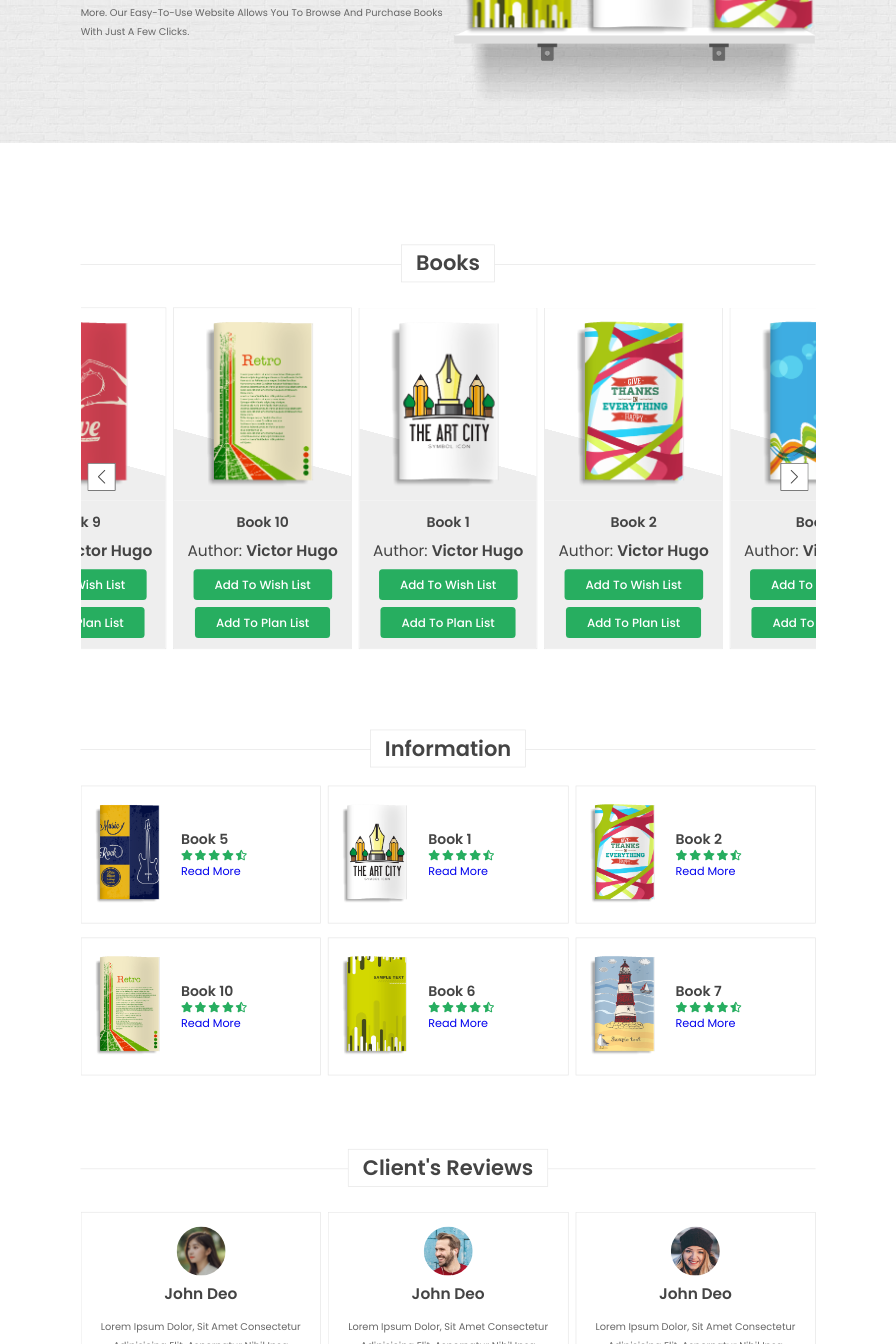
Repository: souhailaniba/Bookly
Page: public/assets/books webstie/index2.html
An editor plug-in stored every save of this project. The page is shown before and after the next save, followed by the edit.
The browser window is 1280 px wide. The pictures show the part of the page from y = 395 to 2315 px (the page is 2977 px tall before and 2877 px after), at 70% of full size.

Above is the page before, as saved 2023-01-27 16:43:46.

### public/assets/books webstie/index2.html
<!DOCTYPE html>
<html lang="en">
<head>
    <meta charset="UTF-8">
    <meta http-equiv="X-UA-Compatible" content="IE=edge">
    <meta name="viewport" content="width=device-width, initial-scale=1.0">
    <title>Book Website</title>

    <link rel="stylesheet" href="https://unpkg.com/swiper@7/swiper-bundle.min.css" />

    <!-- font awesome cdn link  -->
    <link rel="stylesheet" href="https://cdnjs.cloudflare.com/ajax/libs/font-awesome/5.15.4/css/all.min.css">

    <!-- custom css file link  -->
    <link rel="stylesheet" href="css/style.css">

</head>
<body>

<!-- header section starts  -->

<header class="header">

    <div class="header-1">

        <a href="#" class="logo"> <i class="fas fa-book"></i> Bookly </a>

        <form action="" class="search-form">
            <input type="search" name="" placeholder="Search here..." id="search-box">
            <label for="search-box" class="fas fa-search"></label>
        </form>

        <div class="icons">
            <div id="search-btn" class="fas fa-search"></div>
            <div id="login-btn" class="fas fa-user"><a href="./profile.html"  style="font-size:x-large;font-family: 'Times New Roman', Times, serif;">Profil</a></div>
            <div id="login-btn" class="fas "><a href="./Login.html"  style="font-size:x-large;font-family: 'Times New Roman', Times, serif;">Deconnexion</a></div>

        </div>

    </div>

    <div class="header-2">
        <nav class="navbar">
            <a href="#home">Home</a>
            <a href="#featured">Books</a>
            <a href="#arrivals">Information</a>
            <a href="#reviews">Client's Reviews</a>
        </nav>
    </div>

</header>

<!-- header section ends -->

<!-- bottom navbar  -->

<nav class="bottom-navbar">
    <a href="#home" class="fas fa-home"></a>
    <a href="#featured" class="fas fa-list"></a>
    <a href="#arrivals" class="fas fa-tags"></a>
    <a href="#reviews" class="fas fa-comments"></a>
    <a href="#blogs" class="fas fa-blog"></a>
</nav>

<!-- home section starts  -->

<section class="home" id="home">

    <div class="row">

        <div class="content">
            <h3>Welcome</h3>
            <p>To our book website! Here you will find a wide selection of books in various genres including fiction, non-fiction, mystery, romance, and more. Our easy-to-use website allows you to browse and purchase books with just a few clicks.</p>
        </div>

        <div class="swiper books-slider">
            <div class="swiper-wrapper">
                <a href="#" class="swiper-slide"><img src="image/book-1.png" alt=""></a>
                <a href="#" class="swiper-slide"><img src="image/book-2.png" alt=""></a>
                <a href="#" class="swiper-slide"><img src="image/book-3.png" alt=""></a>
                <a href="#" class="swiper-slide"><img src="image/book-4.png" alt=""></a>
                <a href="#" class="swiper-slide"><img src="image/book-5.png" alt=""></a>
                <a href="#" class="swiper-slide"><img src="image/book-6.png" alt=""></a>
            </div>
            <img src="image/stand.png" class="stand" alt="">
        </div>

    </div>

</section>

<!-- home section ense  -->

<!-- Start Book Details -->

<section>

</section>

<!-- End ook Details -->

<!-- featured section starts  -->

<section class="featured" id="featured">

    <h1 class="heading"> <span>Books</span> </h1>

    <div class="swiper featured-slider">

        <div class="swiper-wrapper">

            <div class="swiper-slide box">
                <div class="image">
                    <img src="image/book-1.png" alt="">
                </div>
                <div class="content">
                    <h3>Book 1</h3>
                    <div class="price">Author: <b>Victor Hugo</b></div>
                    <a href="#" class="btn">Add to wish list</a>
                    <a href="#" class="btn">Add to plan list</a>
                </div>
            </div>

            <div class="swiper-slide box">
                <div class="image">
                    <img src="image/book-2.png" alt="">
                </div>
                <div class="content">
                    <h3>Book 2</h3>
                    <div class="price">Author: <b>Victor Hugo</b></div>
                    <a href="#" class="btn">Add to wish list</a>
                    <a href="#" class="btn">Add to plan list</a>
                </div>
            </div>

            <div class="swiper-slide box">
                <div class="image">
                    <img src="image/book-3.png" alt="">
                </div>
                <div class="content">
                    <h3>Book 3</h3>
                    <div class="price">Author: <b>Victor Hugo</b></div>
                    <a href="#" class="btn">Add to wish list</a>
                    <a href="#" class="btn">Add to plan list</a>
                </div>
            </div>

            <div class="swiper-slide box">
                <div class="image">
                    <img src="image/book-4.png" alt="">
                </div>
                <div class="content">
                    <h3>Book 4</h3>
                    <div class="price">Author: <b>Victor Hugo</b></div>
                    <a href="#" class="btn">Add to wish list</a>
                    <a href="#" class="btn">Add to plan list</a>
                </div>
            </div>

            <div class="swiper-slide box">
                <div class="image">
                    <img src="image/book-5.png" alt="">
                </div>
                <div class="content">
                    <h3>Book 5</h3>
                    <div class="price">Author: <b>Victor Hugo</b></div>
                    <a href="#" class="btn">Add to wish list</a>
                    <a href="#" class="btn">Add to plan list</a>
                </div>
            </div>

            <div class="swiper-slide box">
                <div class="image">
                    <img src="image/book-6.png" alt="">
                </div>
                <div class="content">
                    <h3>Book 6</h3>
                    <div class="price">Author: <b>Victor Hugo</b></div>
                    <a href="#" class="btn">Add to wish list</a>
                    <a href="#" class="btn">Add to plan list</a>
                </div>
            </div>

            <div class="swiper-slide box">
                <div class="image">
                    <img src="image/book-7.png" alt="">
                </div>
                <div class="content">
                    <h3>Book 7</h3>
                    <div class="price">Author: <b>Victor Hugo</b></div>
                    <a href="#" class="btn">Add to wish list</a>
                    <a href="#" class="btn">Add to plan list</a>
                </div>
            </div>

            <div class="swiper-slide box">
                <div class="image">
                    <img src="image/book-8.png" alt="">
                </div>
                <div class="content">
                    <h3>Book 8</h3>
                    <div class="price">Author: <b>Victor Hugo</b></div>
                    <a href="#" class="btn">Add to wish list</a>
                    <a href="#" class="btn">Add to plan list</a>
                </div>
            </div>

            <div class="swiper-slide box">
                <div class="image">
                    <img src="image/book-9.png" alt="">
                </div>
                <div class="content">
                    <h3>Book 9</h3>
                    <div class="price">Author: <b>Victor Hugo</b></div>
                    <a href="#" class="btn">Add to wish list</a>
                    <a href="#" class="btn">Add to plan list</a>
                </div>
            </div>

            <div class="swiper-slide box">
                <div class="image">
                    <img src="image/book-10.png" alt="">
                </div>
                <div class="content">
                    <h3>Book 10</h3>
                    <div class="price">Author: <b>Victor Hugo</b></div>
                    <a href="#" class="btn">Add to wish list</a>
                    <a href="#" class="btn">Add to plan list</a>
                </div>
            </div>

        </div>

        <div class="swiper-button-next"></div>
        <div class="swiper-button-prev"></div>

    </div>

</section>

<!-- featured section ends -->


<!-- arrivals section starts  -->

<section class="arrivals" id="arrivals">

    <h1 class="heading"> <span>Information</span> </h1>

    <div class="swiper arrivals-slider">

        <div class="swiper-wrapper">

            <div class="swiper-slide box">
                <div class="image">
                    <img src="image/book-1.png" alt="">
                </div>
                <div class="content">
                    <h3>Book 1</h3>
                    <div class="stars">
                        <i class="fas fa-star"></i>
                        <i class="fas fa-star"></i>
                        <i class="fas fa-star"></i>
                        <i class="fas fa-star"></i>
                        <i class="fas fa-star-half-alt"></i>
                    </div>
                    <div style="font-size: medium;font-family:'Segoe UI', Tahoma, Geneva, Verdana, sans-serif;color: rgb(72, 72, 204);">
                        <a href="ReadBook.html">Read More</a>
                    </div>
                </div>
            </div>

            <div class="swiper-slide box">
                <div class="image">
                    <img src="image/book-2.png" alt="">
                </div>
                <div class="content">
                    <h3>Book 2</h3>
                    <div class="stars">
                        <i class="fas fa-star"></i>
                        <i class="fas fa-star"></i>
                        <i class="fas fa-star"></i>
                        <i class="fas fa-star"></i>
                        <i class="fas fa-star-half-alt"></i>
                    </div>
                    <div style="font-size: medium;font-family:'Segoe UI', Tahoma, Geneva, Verdana, sans-serif;color: rgb(72, 72, 204);">
                        <a href="ReadBook.html">Read More</a>
                    </div>
                </div>
            </div>

            <div class="swiper-slide box">
                <div class="image">
                    <img src="image/book-3.png" alt="">
                </div>
                <div class="content">
                    <h3>Book 3</h3>
                    <div class="stars">
                        <i class="fas fa-star"></i>
                        <i class="fas fa-star"></i>
                        <i class="fas fa-star"></i>
                        <i class="fas fa-star"></i>
                        <i class="fas fa-star-half-alt"></i>
                    </div>
                    <div style="font-size: medium;font-family:'Segoe UI', Tahoma, Geneva, Verdana, sans-serif;color: rgb(72, 72, 204);">
                        <a href="ReadBook.html">Read More</a>
                    </div>
                </div>
            </div>

            <div class="swiper-slide box">
                <div class="image">
                    <img src="image/book-4.png" alt="">
                </div>
                <div class="content">
                    <h3>Book 4</h3>
                    <div class="stars">
                        <i class="fas fa-star"></i>
                        <i class="fas fa-star"></i>
                        <i class="fas fa-star"></i>
                        <i class="fas fa-star"></i>
                        <i class="fas fa-star-half-alt"></i>
                    </div>
                    <div style="font-size: medium;font-family:'Segoe UI', Tahoma, Geneva, Verdana, sans-serif;color: rgb(72, 72, 204);">
                        <a href="ReadBook.html">Read More</a>
                    </div>
                </div>
            </div>

            <div class="swiper-slide box">
                <div class="image">
                    <img src="image/book-5.png" alt="">
                </div>
                <div class="content">
                    <h3>Book 5</h3>
                    <div class="stars">
                        <i class="fas fa-star"></i>
                        <i class="fas fa-star"></i>
                        <i class="fas fa-star"></i>
                        <i class="fas fa-star"></i>
                        <i class="fas fa-star-half-alt"></i>
                    </div>
                    <div style="font-size: medium;font-family:'Segoe UI', Tahoma, Geneva, Verdana, sans-serif;color: rgb(72, 72, 204);">
                        <a href="ReadBook.html">Read More</a>
                    </div>
                </div>
            </div>

        </div>

    </div>

    <div class="swiper arrivals-slider">

        <div class="swiper-wrapper">

            <div class="swiper-slide box">
                <div class="image">
                    <img src="image/book-6.png" alt="">
                </div>
                <div class="content">
                    <h3>Book 6</h3>
                    <div class="stars">
                        <i class="fas fa-star"></i>
                        <i class="fas fa-star"></i>
                        <i class="fas fa-star"></i>
                        <i class="fas fa-star"></i>
                        <i class="fas fa-star-half-alt"></i>
                    </div>
                    <div style="font-size: medium;font-family:'Segoe UI', Tahoma, Geneva, Verdana, sans-serif;color: rgb(72, 72, 204);">
                        <a href="ReadBook.html">Read More</a>
                    </div>
                </div>
            </div>

            <div class="swiper-slide box">
                <div class="image">
                    <img src="image/book-7.png" alt="">
                </div>
                <div class="content">
                    <h3>Book 7</h3>
                    <div class="stars">
                        <i class="fas fa-star"></i>
                        <i class="fas fa-star"></i>
                        <i class="fas fa-star"></i>
                        <i class="fas fa-star"></i>
                        <i class="fas fa-star-half-alt"></i>
                    </div>
                    <div style="font-size: medium;font-family:'Segoe UI', Tahoma, Geneva, Verdana, sans-serif;color: rgb(72, 72, 204);">
                        <a href="ReadBook.html">Read More</a>
                    </div>
                </div>
            </div>

            <div class="swiper-slide box">
                <div class="image">
                    <img src="image/book-8.png" alt="">
                </div>
                <div class="content">
                    <h3>Book 8</h3>
                    <div class="stars">
                        <i class="fas fa-star"></i>
                        <i class="fas fa-star"></i>
                        <i class="fas fa-star"></i>
                        <i class="fas fa-star"></i>
                        <i class="fas fa-star-half-alt"></i>
                    </div>
                    <div style="font-size: medium;font-family:'Segoe UI', Tahoma, Geneva, Verdana, sans-serif;color: rgb(72, 72, 204);">
                        <a href="ReadBook.html">Read More</a>
                    </div>
                </div>
            </div>

            <div class="swiper-slide box">
                <div class="image">
                    <img src="image/book-9.png" alt="">
                </div>
                <div class="content">
                    <h3>Book 9</h3>
                    <div class="stars">
                        <i class="fas fa-star"></i>
                        <i class="fas fa-star"></i>
                        <i class="fas fa-star"></i>
                        <i class="fas fa-star"></i>
                        <i class="fas fa-star-half-alt"></i>
                    </div>
                    <div style="font-size: medium;font-family:'Segoe UI', Tahoma, Geneva, Verdana, sans-serif;color: rgb(72, 72, 204);">
                        <a href="ReadBook.html">Read More</a>
                    </div>
                </div>
            </div>

            <div class="swiper-slide box">
                <div class="image">
                    <img src="image/book-10.png" alt="">
                </div>
                <div class="content">
                    <h3>Book 10</h3>
                    <div class="stars">
                        <i class="fas fa-star"></i>
                        <i class="fas fa-star"></i>
                        <i class="fas fa-star"></i>
                        <i class="fas fa-star"></i>
                        <i class="fas fa-star-half-alt"></i>
                    </div>
                    <div style="font-size: medium;font-family:'Segoe UI', Tahoma, Geneva, Verdana, sans-serif;color: rgb(72, 72, 204);">
                        <a href="ReadBook.html">Read More</a>
                    </div>
                </div>
            </div>

        </div>

    </div>

</section>

<!-- arrivals section ends -->


<!-- reviews section starts  -->

<section class="reviews" id="reviews">

    <h1 class="heading"> <span>Client's reviews</span> </h1>

    <div class="swiper reviews-slider">

        <div class="swiper-wrapper">

            <div class="swiper-slide box">
                <img src="image/pic-1.png" alt="">
                <h3>john deo</h3>
                <p>Lorem ipsum dolor, sit amet consectetur adipisicing elit. Aspernatur nihil ipsa placeat. Aperiam at sint, eos ex similique facere hic.</p>
                <div class="stars">
                    <i class="fas fa-star"></i>
                    <i class="fas fa-star"></i>
                    <i class="fas fa-star"></i>
                    <i class="fas fa-star"></i>
                    <i class="fas fa-star-half-alt"></i>
                </div>
            </div>

            <div class="swiper-slide box">
                <img src="image/pic-2.png" alt="">
                <h3>john deo</h3>
                <p>Lorem ipsum dolor, sit amet consectetur adipisicing elit. Aspernatur nihil ipsa placeat. Aperiam at sint, eos ex similique facere hic.</p>
                <div class="stars">
                    <i class="fas fa-star"></i>
                    <i class="fas fa-star"></i>
                    <i class="fas fa-star"></i>
                    <i class="fas fa-star"></i>
                    <i class="fas fa-star-half-alt"></i>
                </div>
            </div>

            <div class="swiper-slide box">
                <img src="image/pic-3.png" alt="">
                <h3>john deo</h3>
                <p>Lorem ipsum dolor, sit amet consectetur adipisicing elit. Aspernatur nihil ipsa placeat. Aperiam at sint, eos ex similique facere hic.</p>
                <div class="stars">
                    <i class="fas fa-star"></i>
                    <i class="fas fa-star"></i>
                    <i class="fas fa-star"></i>
                    <i class="fas fa-star"></i>
                    <i class="fas fa-star-half-alt"></i>
                </div>
            </div>
            <div class="swiper-slide box">
                <img src="image/pic-4.png" alt="">
                <h3>john deo</h3>
                <p>Lorem ipsum dolor, sit amet consectetur adipisicing elit. Aspernatur nihil ipsa placeat. Aperiam at sint, eos ex similique facere hic.</p>
                <div class="stars">
                    <i class="fas fa-star"></i>
                    <i class="fas fa-star"></i>
                    <i class="fas fa-star"></i>
                    <i class="fas fa-star"></i>
                    <i class="fas fa-star-half-alt"></i>
                </div>
            </div>

            <div class="swiper-slide box">
                <img src="image/pic-5.png" alt="">
                <h3>john deo</h3>
                <p>Lorem ipsum dolor, sit amet consectetur adipisicing elit. Aspernatur nihil ipsa placeat. Aperiam at sint, eos ex similique facere hic.</p>
                <div class="stars">
                    <i class="fas fa-star"></i>
                    <i class="fas fa-star"></i>
                    <i class="fas fa-star"></i>
                    <i class="fas fa-star"></i>
                    <i class="fas fa-star-half-alt"></i>
                </div>
            </div>

            <div class="swiper-slide box">
                <img src="image/pic-6.png" alt="">
                <h3>john deo</h3>
                <p>Lorem ipsum dolor, sit amet consectetur adipisicing elit. Aspernatur nihil ipsa placeat. Aperiam at sint, eos ex similique facere hic.</p>
                <div class="stars">
                    <i class="fas fa-star"></i>
                    <i class="fas fa-star"></i>
                    <i class="fas fa-star"></i>
                    <i class="fas fa-star"></i>
                    <i class="fas fa-star-half-alt"></i>
                </div>
            </div>
        </div>

    </div>

</section>

<!-- reviews section ends -->


<!-- footer section starts  -->

<section class="footer">

    <div class="box-container">

        <div class="box">
            <h3>our locations</h3>
            <a href="#"> <i class="fas fa-map-marker-alt"></i> Casablanca Sidi Othman </a>
        </div>

        <div class="box">
            <h3>quick links</h3>
            <a href="#"> <i class="fas fa-arrow-right"></i> home </a>
            <a href="#"> <i class="fas fa-arrow-right"></i> books </a>
            <a href="#"> <i class="fas fa-arrow-right"></i> client'reviews </a>
            <a href="#"> <i class="fas fa-arrow-right"></i> information </a>
        </div>

        <div class="box">
            <h3>contact info</h3>
            <a href="#"> <i class="fas fa-phone"></i> 060000000 </a>
            <a href="#"> <i class="fas fa-envelope"></i> EnsamCasa@gmail.com </a>
        </div>

    </div>

    <div class="share">
        <a href="#" class="fab fa-facebook-f"></a>
        <a href="#" class="fab fa-twitter"></a>
        <a href="#" class="fab fa-instagram"></a>
        <a href="#" class="fab fa-linkedin"></a>
    </div>

    <div class="credit"> Created by <span>SAKINI Oussama | ANIBA Souhail | BELHIAK Salah-Eddine</span></div>

</section>

<!-- footer section ends -->

<!-- loader  -->

<div class="loader-container">
    <img src="image/loader-img.gif" alt="">
</div>




<script src="https://unpkg.com/swiper@7/swiper-bundle.min.js"></script>

<!-- custom js file link  -->
<script src="js/script.js"></script>

</body>
</html>

Loaded but not shown: public/assets/books webstie/js/script.js (151 lines, source omitted); public/assets/books webstie/css/style.css (820 lines, source omitted)

After the next save:
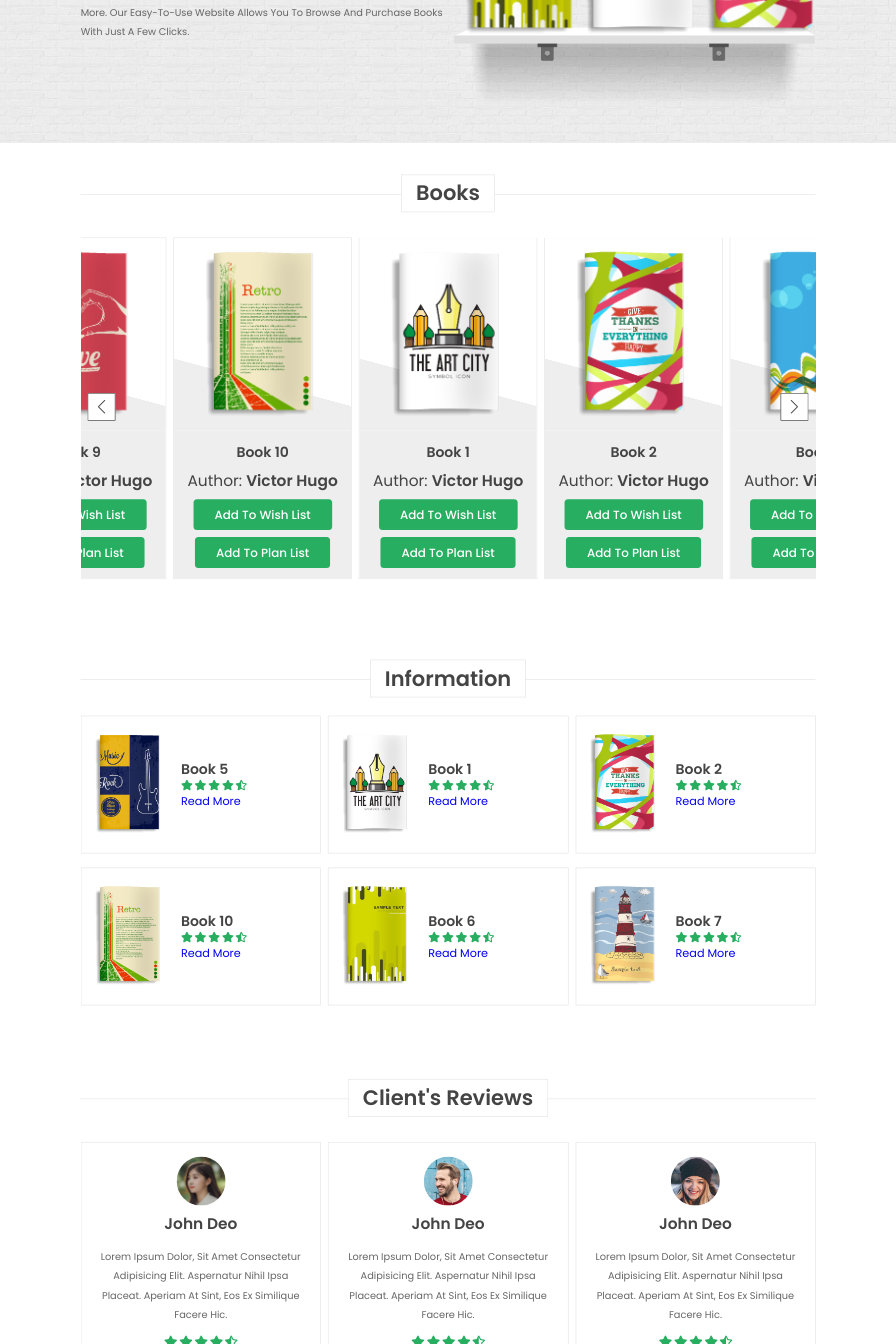
Saved 23 s later.
--- a/public/assets/books webstie/index2.html
+++ b/public/assets/books webstie/index2.html
@@ -62,7 +62,7 @@
     <a href="#blogs" class="fas fa-blog"></a>
 </nav>
 
-<!-- home section starts  -->
+<!-- Start Book Details -->
 
 <section class="home" id="home">
 
@@ -89,15 +89,8 @@
 
 </section>
 
-<!-- home section ense  -->
-
-<!-- Start Book Details -->
-
-<section>
-
-</section>
-
 <!-- End ook Details -->
+
 
 <!-- featured section starts  -->
 
